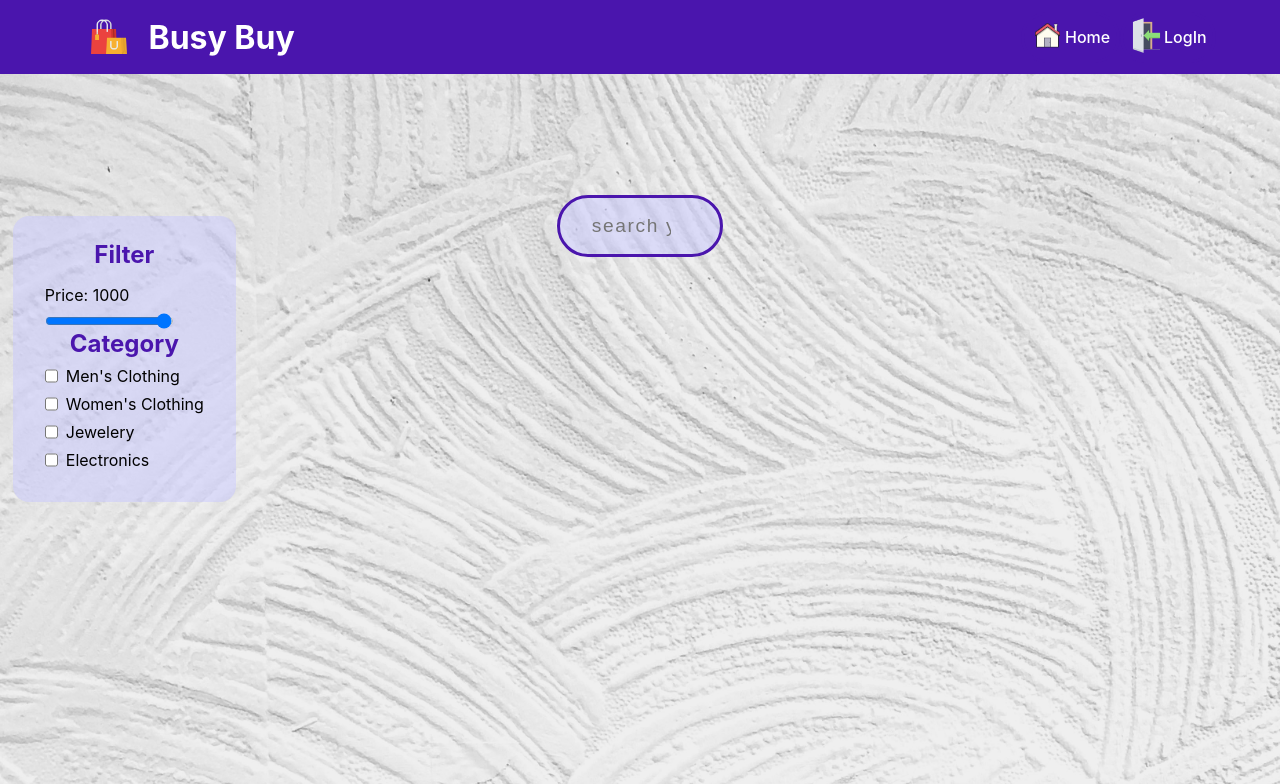
Repository: ssaddamhuss100/BuyBasy1
Page: /cart
The author's editor kept a copy of each file at every save. The page is drawn from the files as they stood at one save, then again after the next save.
The browser window is 1280 px wide. The pictures show the whole page.
The page's requests for data from a server got no answer. Backgrounds fixed to the window are drawn as part of the page. The project was rebuilt for these pictures with package versions that can differ from the ones it lists, and the page was loaded fresh each time. No one was signed in, and anything a server would have sent is missing. Also part of the build but not shown: src/Components/Login/Login.module.css, src/Components/Login/Login.js, src/Components/SignUp/SignUp.module.css, src/Components/SignUp/SignUp.js, src/Components/Loader/Loader.module.css, src/Components/Cart/Cart.module.css, src/Components/Order/Order.module.css, src/Components/Order/Order.js.

Above is the page before, as saved 2024-12-18 19:51:54.

After the next save:
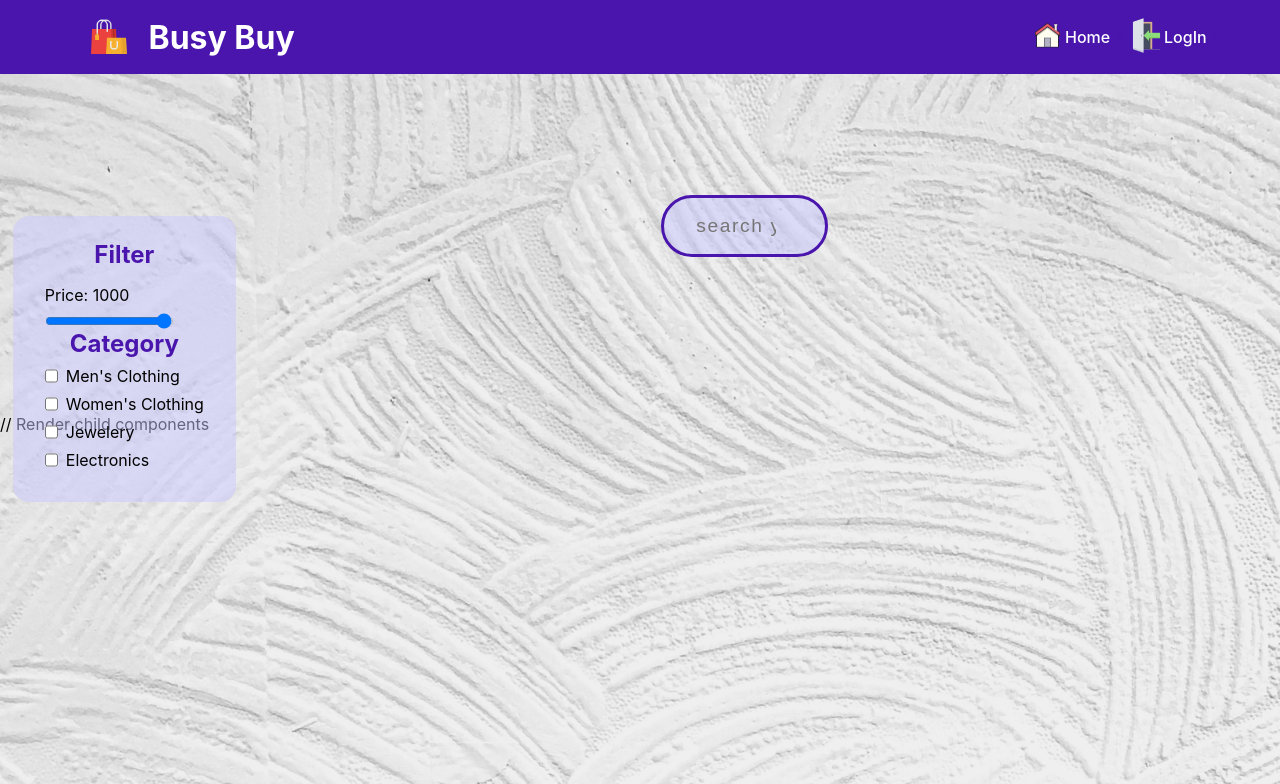
Saved 5 s later.
--- a/src/userContext.js
+++ b/src/userContext.js
@@ -140,6 +140,7 @@
             setUserCart, // Function to set/update the user's cart
             userOrder // User's orders
         }}>
+        // Render child components
             {children}
         </userContext.Provider>
     )

After the save that followed:
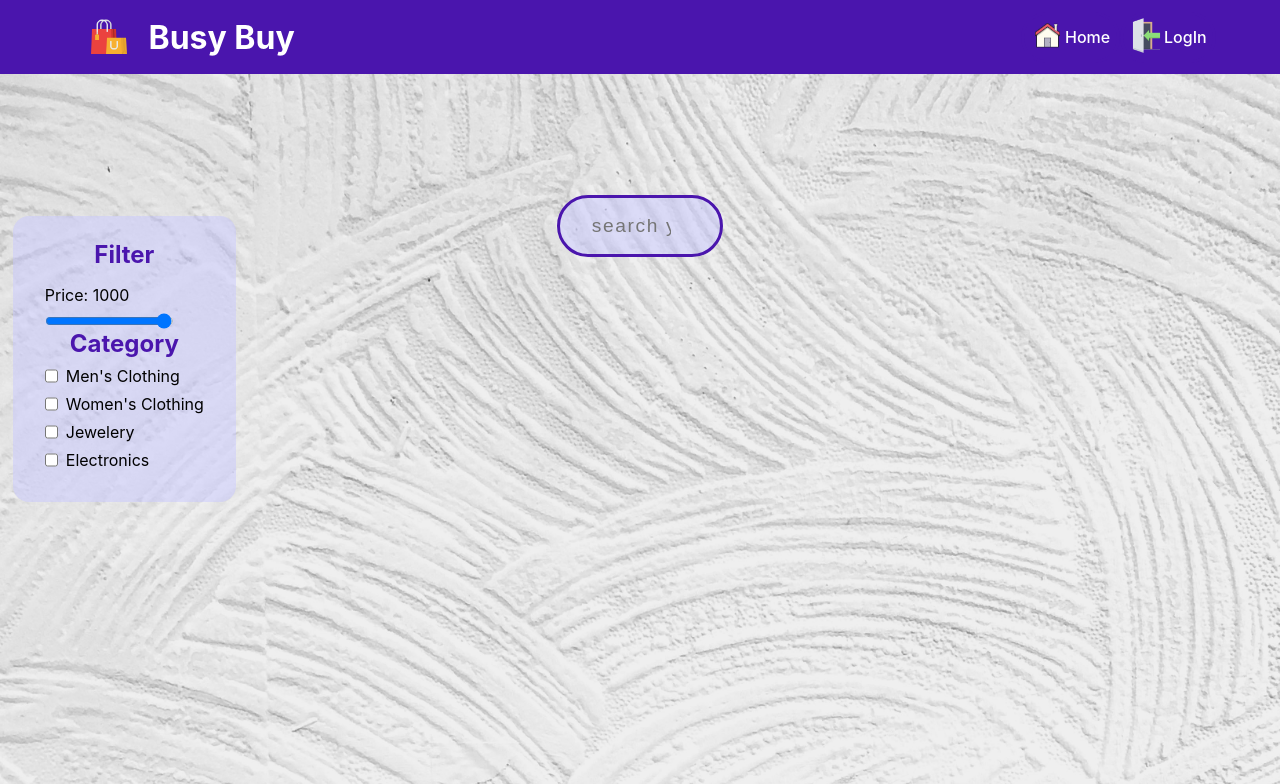
Saved 4 s later.
--- a/src/userContext.js
+++ b/src/userContext.js
@@ -140,7 +140,7 @@
             setUserCart, // Function to set/update the user's cart
             userOrder // User's orders
         }}>
-        // Render child components
+         {/* Render child components */}
             {children}
         </userContext.Provider>
     )
